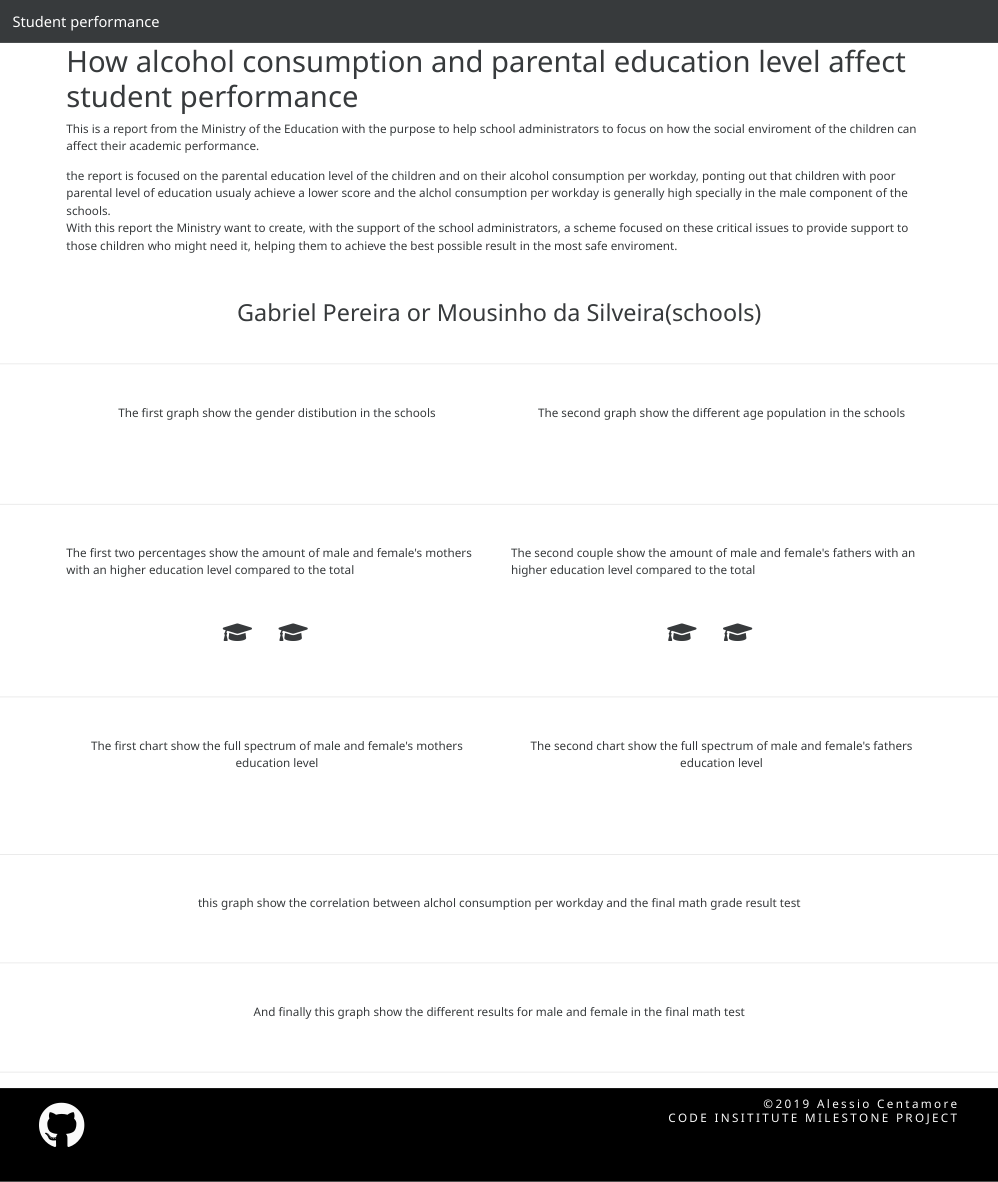
Repository: Baal89/second-milestone-project
Page: index.html
The author's editor kept a record of every edit. The page is drawn from the files as they stood at one moment, then again after the next edit.
The browser window is 1280 px wide. The pictures show the whole page, at 78% of full size.
Some web libraries are served in a nearby version.

Above is the page before.
Console error: ReferenceError: show_percent_higher_father_education is not defined

### index.html
<!DOCTYPE html>
<html lang="en">

<head>
    <meta charset="UTF-8">
    <meta name="viewport" content="width=device-width, initial-scale=1.0">
    <meta http-equiv="X-UA-Compatible" content="ie=edge">
    <title>Student Performance</title>

    <link rel="stylesheet" href="static/css/bootstrap.min.css" type="text/css" />
    <link rel="stylesheet" href="static/css/dc.min.css" type="text/css" />
    <link rel="stylesheet" type="text/css" href="https://cdnjs.cloudflare.com/ajax/libs/font-awesome/5.10.2/css/all.css">
    <link rel="stylesheet" href="static/css/style.css" type="text/css" />

    <script type="text/javascript" src="static/js/d3.min.js"></script>
    <script type="text/javascript" src="static/js/crossfilter.min.js"></script>
    <script type="text/javascript" src="static/js/dc.min.js"></script>
    <script type="text/javascript" src="static/js/queue.min.js"></script>
    <script type="text/javascript" src="static/js/graph.js"></script>
    <script type="text/javascript" src="static/js/script.js"></script>

</head>

<body>

    <nav class="navbar navbar-expand-lg navbar-dark bg-dark">
        <a class="navbar-brand" href="#">Student performance</a>
    </nav>

    <main>
        <article class="container">
            <header>
                <h1>How alcohol consumption and parental education level affect student performance</h1>
                <p>This is a report from the Ministry of the Education with the purpose to help school administrators to focus on how the social enviroment of the children can affect their academic performance.</p>
            </header>
            <p>the report is focused on the parental education level of the children and on their alcohol consumption per workday, ponting out that children with poor parental level of education usualy achieve a lower score and the alchol consumption per
                workday is generally high specially in the male component of the schools.<br> With this report the Ministry want to create, with the support of the school administrators, a scheme focused on these critical issues to provide support to
                those children who might need it, helping them to achieve the best possible result in the most safe enviroment.
            </p>
        </article>

        <section class="section">
            <div class="container">

                <div class="row">
                    <div class="col-12 col-md-12 text-center">
                        <h2>Gabriel Pereira or Mousinho da Silveira(schools)</h2>
                    </div>
                </div>
                <div class="row">
                    <div class="col-12 col-md-12 text-center" id="discipline-selector"></div>
                </div>
            </div>
        </section>


        <section class="section">
            <div class="container">

                <div class="row">
                    <div class="col-12 col-lg-6 text-center">
                        <p class="section-paragraph">The first graph show the gender distibution in the schools</p>
                    </div>
                    <div class="col-12 col-lg-6 text-center">
                        <p class="section-paragraph">The second graph show the different age population in the schools</p>
                    </div>
                </div>

                <div class="row">
                    <div class="col-12 col-lg-6 text-center custom-chart" id="sex-distribution"></div>
                    <div class="col-12 col-lg-6 text-center custom-chart" id="age-distribution"></div>
                </div>
            </div>
        </section>


        <section class="section">
            <div class="container">

                <div class="row">
                    <div class="col-12 col-lg-6">
                        <p class="section-paragraph">The first two percentages show the amount of male and female's mothers with an higher education level compared to the total</p>
                    </div>
                    <div class="col-12 col-lg-6">
                        <p class="section-paragraph">The second couple show the amount of male and female's fathers with an higher education level compared to the total</p>
                    </div>
                </div>
                <div class="row">
                    <div class="col-12 col-lg-6 text-center percentage">
                        <i class="fas fa-graduation-cap" aria-hidden="true"></i><span class="number-box" id="percentage-of-female-mother-higher-education"></span>
                        <i class="fas fa-graduation-cap" aria-hidden="true"></i><span class="number-box" id="percentage-of-male-mother-higher-education"></span>
                    </div>
                    <div class="col-12 col-lg-6 text-center percentage">
                        <i class="fas fa-graduation-cap" aria-hidden="true"></i><span class="number-box" id="percentage-of-female-father-higher-education"></span>
                        <i class="fas fa-graduation-cap" aria-hidden="true"></i><span class="number-box" id="percentage-of-male-father-higher-education"></span>
                    </div>
                </div>
            </div>
        </section>



        <section class="section">
            <div class="container">

                <div class="row">
                    <div class="col-12 col-lg-6 text-center">
                        <p class="section-paragraph">The first chart show the full spectrum of male and female's mothers education level</p>
                    </div>
                    <div class="col-12 col-lg-6 text-center">
                        <p class="section-paragraph">The second chart show the full spectrum of male and female's fathers education level</p>
                    </div>
                </div>
                <div class="row">
                    <div class="col-12 col-lg-6 text-center custom-chart" id="mother-education"></div>
                    <div class="col-12 col-lg-6 text-center custom-chart" id="father-education"></div>
                </div>
            </div>
        </section>


        <section class="section">
            <div class="container">

                <div class="row">
                    <div class="col-12 text-center">
                        <p class="section-paragraph">this graph show the correlation between alchol consumption per workday and the final math grade result test</p>
                    </div>
                </div>
                <div class="row">
                    <div class="col-12 text-center container-graph" id="workday-alcohol-graduation"></div>
                </div>
            </div>
        </section>


        <section class="section">
            <div class="container">

                <div class="row">
                    <div class="col-12 text-center">
                        <p class="section-paragraph">And finally this graph show the different results for male and female in the final math test</p>
                    </div>
                </div>
                <div class="row">
                    <div class="col-12 text-center container-graph" id="student-performance"></div>
                </div>
            </div>
        </section>

        <footer class="container-fluid">
            <div id="footer-details" class="row">
                <div class="col-sm-6">
                    <a target="_blank" href="https://github.com/Baal89/second-milestone-project"><i class="fab fa-github"></i></a>
                </div>
                <div class="col-sm-6">
                    <h6 class="inline-block text-right">
                        &copy;2019 Alessio Centamore <br/> CODE INSITITUTE MILESTONE PROJECT
                    </h6>
                </div>
            </div>
        </footer>
    </main>
</body>

</html>

### static/css/style.css

.section {
	border-bottom: 1px solid #e6e6e6;
	padding: 40px 0;
}

.number-box, .fas.fa-graduation-cap {
    font-size: 30px;
}

.number-box {
	margin-right: 30px;
}

.custom-chart {
    margin-bottom: 40px;
}

.percentage {
    padding: 20px;
}

.section-paragraph {
    padding: 10px 0;
}

footer{
    background-color: #000000;
    color: #fafafa;
    min-height: 120px;
    margin:0;

}

#footer-details{
    margin:20px;
    letter-spacing:0.2em;
    padding-top: 10px;
}
#footer-details a i{
    width: 50px;
    height:50px;
    padding:35px 0;
    border-radius: 80%;
    font-size: 60px;
    line-height: 7px;
    text-align: center;
    color: #fafafa;
    transition: all,0.35s ease-in-out;
    -moz-transition: all,0.35s ease-in-out;
    -webkit-transition: all,0.35s ease-in-out;
    -o-transition: all,0.35s ease-in-out;
}

### static/js/graph.js
queue()
    .defer(d3.csv, "data/student-mat.csv")
    .await(makeGraphs);

function makeGraphs(error, performanceData) {
    var ndx = crossfilter(performanceData);

    performanceData.forEach(function(d) {
        d.G3 = parseInt(d.G3);
    });

    show_discipline_selector(ndx);

    show_sex_distribution(ndx);
    show_age_distribution(ndx);
    show_mother_education(ndx);
    show_father_education(ndx);

    show_percent_higher_mother_education(ndx, "F", "#percentage-of-female-mother-higher-education");
    show_percent_higher_mother_education(ndx, "M", "#percentage-of-male-mother-higher-education");
    show_percent_higher_father_education(ndx, "F","#percentage-of-female-father-higher-education");
    show_percent_higher_father_education(ndx, "M","#percentage-of-male-father-higher-education");

    show_performance_to_workday_alcohol_cosumption(ndx);

    show_student_performance(ndx);

    dc.renderAll();
}

function show_discipline_selector(ndx) {
    var dim = ndx.dimension(dc.pluck("discipline"));
    var group = dim.group();

    dc.selectMenu("#discipline-selector")
        .dimension(dim)
        .group(group);
}

function show_sex_distribution(ndx) {
    var dim = ndx.dimension(dc.pluck("sex"));
    var group = dim.group();

    dc.barChart("#sex-distribution")
        .width(500)
        .height(300)
        .margins({ top: 10, right: 50, bottom: 30, left: 50 })
        .dimension(dim)
        .group(group)
        .transitionDuration(500)
        .x(d3.scale.ordinal())
        .xUnits(dc.units.ordinal)
        .elasticY(true)
        .xAxisLabel("gender in the schools")
        .yAxis().ticks(10);
}

function show_age_distribution(ndx) {
    var dim = ndx.dimension(dc.pluck("age"));
    var group = dim.group();

    dc.barChart("#age-distribution")
        .width(500)
        .height(300)
        .margins({ top: 10, right: 50, bottom: 30, left: 50 })
        .dimension(dim)
        .group(group)
        .transitionDuration(500)
        .x(d3.scale.ordinal())
        .xUnits(dc.units.ordinal)
        .elasticY(true)
        .xAxisLabel("age population in the schools")
        .yAxis().ticks(10);
}

function show_mother_education(ndx) {

    function motherEducation(dimension, Medu) {
        return dimension.group().reduce(
            function(p, v) {
                p.total++;
                if (v.Medu == Medu) {
                    p.match++;
                }
                return p;
            },
            function(p, v) {
                p.total--;
                if (v.Medu == Medu) {
                    p.match--;
                }
                return p;
            },
            function() {
                return { total: 0, match: 0 };
            }
        );

    }
    var dim = ndx.dimension(dc.pluck("sex"));
    var noneMotherEducation = motherEducation(dim, "0");
    var firstMotherEducation = motherEducation(dim, "1");
    var secondaryMotherEducation = motherEducation(dim, "2");
    var secondaryGradeMotherEducation = motherEducation(dim, "3");
    var higherMotherEducation = motherEducation(dim, "4");


    dc.barChart("#mother-education")
        .width(500)
        .height(300)
        .dimension(dim)
        .group(noneMotherEducation, "none")
        .stack(secondaryGradeMotherEducation, "primary")
        .stack(secondaryMotherEducation, "High School")
        .stack(firstMotherEducation, "College")
        .stack(higherMotherEducation, "higher")
        .valueAccessor(function(d) {
            if (d.value.total > 0) {
                return (d.value.match / d.value.total) * 100;
            }
            else {
                return 0;
            }
        })
        .x(d3.scale.ordinal())
        .xUnits(dc.units.ordinal)
        .xAxisLabel("Mother education level per gender")
        .legend(dc.legend().x(410).y(20).itemHeight(15).gap(5))
        .margins({ top: 10, right: 100, bottom: 50, left: 50 });
}

function show_father_education(ndx) {

    function fatherEducation(dimension, Fedu) {
        return dimension.group().reduce(
            function(p, v) {
                p.total++;
                if (v.Fedu == Fedu) {
                    p.match++;
                }
                return p;
            },
            function(p, v) {
                p.total--;
                if (v.Fedu == Fedu) {
                    p.match--;
                }
                return p;
            },
            function() {
                return { total: 0, match: 0 };
            }
        );

    }
    var dim = ndx.dimension(dc.pluck("sex"));
    var noneFatherEducation = fatherEducation(dim, "0");
    var firstFatherEducation = fatherEducation(dim, "1");
    var secondaryFatherEducation = fatherEducation(dim, "2");
    var secondaryGradeFatherEducation = fatherEducation(dim, "3");
    var higherFatherEducation = fatherEducation(dim, "4");


    dc.barChart("#father-education")
        .width(500)
        .height(300)
        .dimension(dim)
        .group(noneFatherEducation, "none")
        .stack(secondaryGradeFatherEducation, "primary")
        .stack(secondaryFatherEducation, "High School")
        .stack(firstFatherEducation, "College")
        .stack(higherFatherEducation, "higher")
        .valueAccessor(function(d) {
            if (d.value.total > 0) {
                return (d.value.match / d.value.total) * 100;
            }
            else {
                return 0;
            }
        })
        .x(d3.scale.ordinal())
        .xUnits(dc.units.ordinal)
        .xAxisLabel("father education level per gender")
        .legend(dc.legend().x(420).y(20).itemHeight(15).gap(5))
        .margins({ top: 10, right: 100, bottom: 50, left: 50 });
}

function show_percent_higher_mother_education(ndx, gender, element) {
    var percentageMotherHigherEducation = ndx.groupAll().reduce(
        function(p, v) {
            if (v.sex === gender) {
                p.count++;
                if(v.Fedu === "4") {
                    p.are_higher++;
                }
            }
            return p;
        },
        function(p, v) {
            if (v.sex === gender) {
                p.count--;
                if(v.Fedu === "4") {
                    p.are_higher--;
                }
            }
            return p;
        },
        function() {
            return {count: 0, are_higher: 0};
        },
    );
   dc.numberDisplay(element)
        .formatNumber(d3.format(".2%"))
        .valueAccessor(function (d) {
            if (d.count == 0) {
                return 0;
            } else {
                return (d.are_higher / d.count);
            }
        })
        .group(percentageMotherHigherEducation);
}

function show_performance_to_workday_alcohol_cosumption(ndx) {

    var genderColors = d3.scale.ordinal()
        .domain(["Female", "Male"])
        .range(["pink", "blue"]);

    var performanceDim = ndx.dimension(dc.pluck("G3"))
    var consumptionDim = ndx.dimension(function(d) {
        return [d.G3, d.Dalc, d.sex];
    });
    var workDayConsumptionGroup = consumptionDim.group();

    var minPerformance = performanceDim.bottom(1)[0].G3;
    var maxPerformance = performanceDim.top(1)[0].G3;

    dc.scatterPlot("#workday-alcohol-graduation")
        .width(800)
        .height(400)
        .x(d3.scale.linear().domain([minPerformance, maxPerformance]))
        .y(d3.scale.linear().domain([0, 10]))
        .brushOn(false)
        .symbolSize(8)
        .clipPadding(5)
        .xAxisLabel("")
        .title(function(d) {
            return "Work day Consumption: " + d.key[1] + " units";
        })
        .colors(genderColors)
        .colorAccessor(function(d) {
            return d.key[2];
        })
        .dimension(consumptionDim)
        .group(workDayConsumptionGroup)
        .xAxisLabel("final grade math results")
        .yAxisLabel("units of alchool per workday")
        .margins({ top: 10, right: 50, bottom: 75, left: 75 })
        .yAxis().ticks(5);
}


function show_student_performance(ndx) {

    function schoolPerformance(dimension, sex) {
        return dimension.group().reduce(
            function(p, v) {
                p.total++;
                if (v.sex == sex) {
                    p.match++;
                }
                return p;
            },
            function(p, v) {
                p.total--;
                if (v.sex == sex) {
                    p.match--;
                }
                return p;
            },
            function() {
                return { total: 0, match: 0 };
            }
        );
    }

    var dim = ndx.dimension(dc.pluck("G3"));
    var femalePerformance = schoolPerformance(dim, "F");
    var malePerformance = schoolPerformance(dim, "M");

    dc.barChart("#student-performance")
        .width(700)
        .height(300)
        .dimension(dim)
        .group(femalePerformance, "female")
        .stack(malePerformance, "male")
        .valueAccessor(function(d) {
            if (d.value.total > 0) {
                return (d.value.match / d.value.total) * 100;
            }
            else {
                return 0;
            }
        })
        .x(d3.scale.ordinal())
        .xUnits(dc.units.ordinal)
        .xAxisLabel("final grade math results")
        .legend(dc.legend().x(620).y(20).itemHeight(15).gap(5))
        .margins({ top: 10, right: 100, bottom: 50, left: 30 });
}

Loaded but not shown: static/css/bootstrap.min.css (library); static/css/dc.min.css (library); static/js/d3.min.js (library); static/js/crossfilter.min.js (library); static/js/dc.min.js (library); static/js/queue.min.js (common file); static/js/script.js (no copy from this time; the picture is the same without it)

After the next edit:
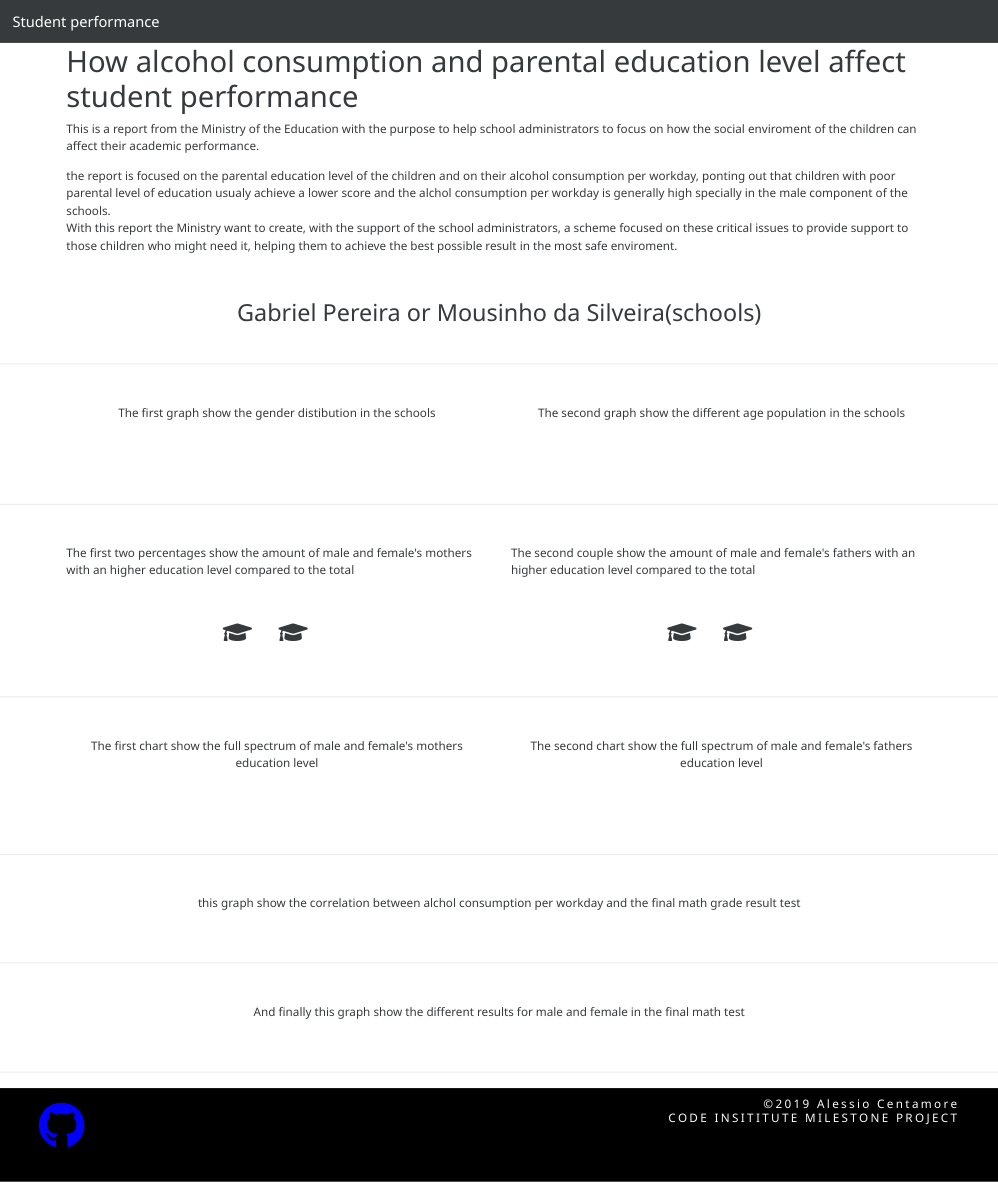
The edit:
--- a/static/css/style.css
+++ b/static/css/style.css
@@ -45,7 +45,7 @@
     font-size: 60px;
     line-height: 7px;
     text-align: center;
-    color: #fafafa;
+    color: blue;
     transition: all,0.35s ease-in-out;
     -moz-transition: all,0.35s ease-in-out;
     -webkit-transition: all,0.35s ease-in-out;
